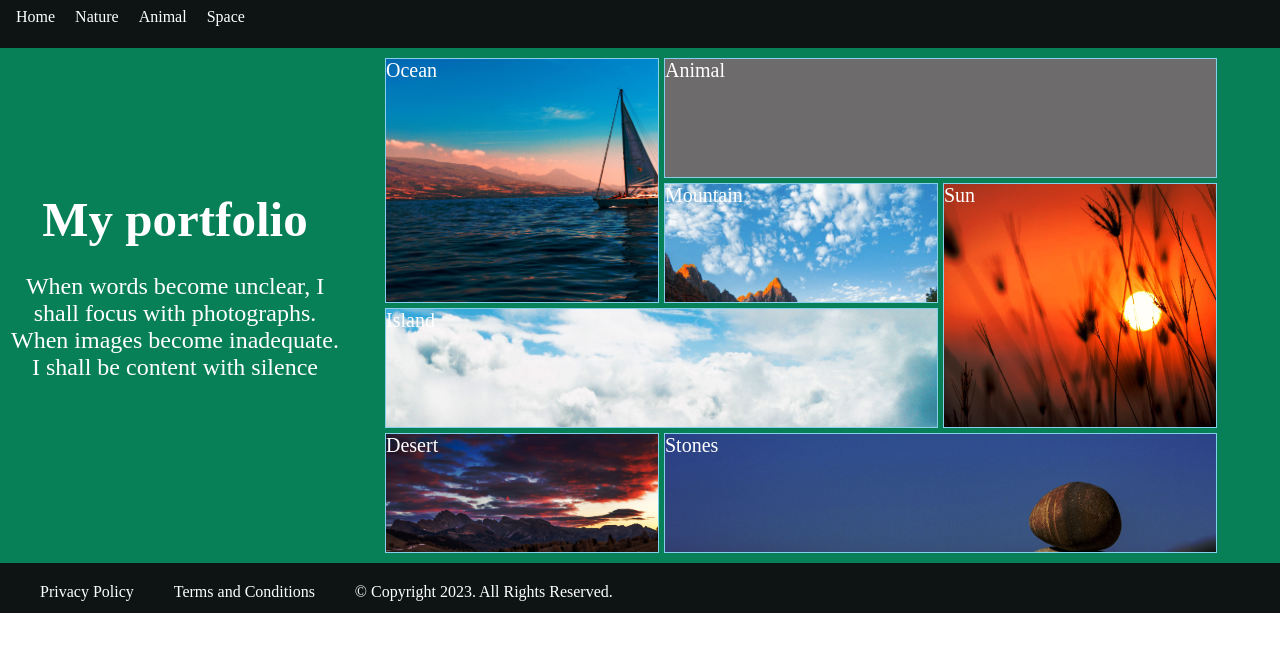
Repository: suraj-yadav7/03_Gallery_Portfolio
Page: index.html
The author's editor kept a copy of each file at every save. The page is drawn from the files as they stood at one save, then again after the next save.
The browser window is 1280 px wide. The pictures show the whole page.
Pictures or frames that could not be fetched are drawn as grey boxes. Some web fonts or font styles are not loaded; a fallback is used.

Above is the page before, as saved 2023-02-14 21:43:20.

After the next save:
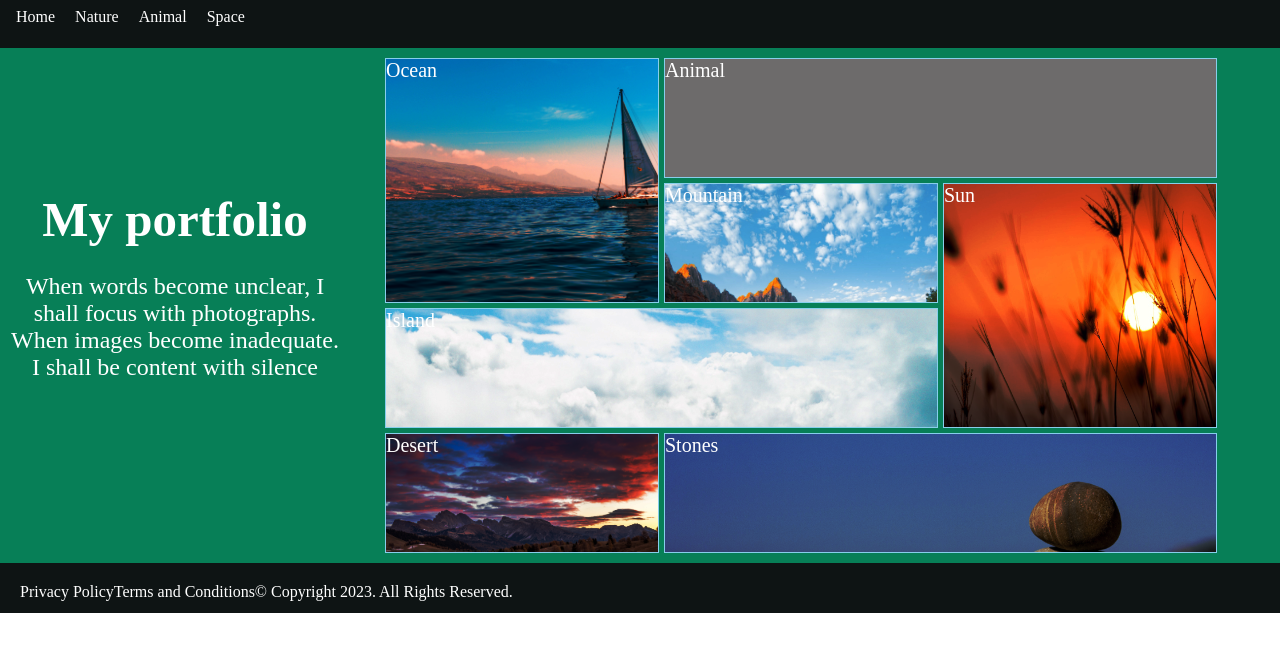
Saved 30 s later.
--- a/style.css
+++ b/style.css
@@ -153,8 +153,7 @@ footer{
     font-size: 1rem;
 }
 footer a{
-margin:0 20px;
-}
+padding-bottom: 20px;}
 /* media queries for Mobile Responsiveness */
 
 @media screen and (max-width: 1024px){
